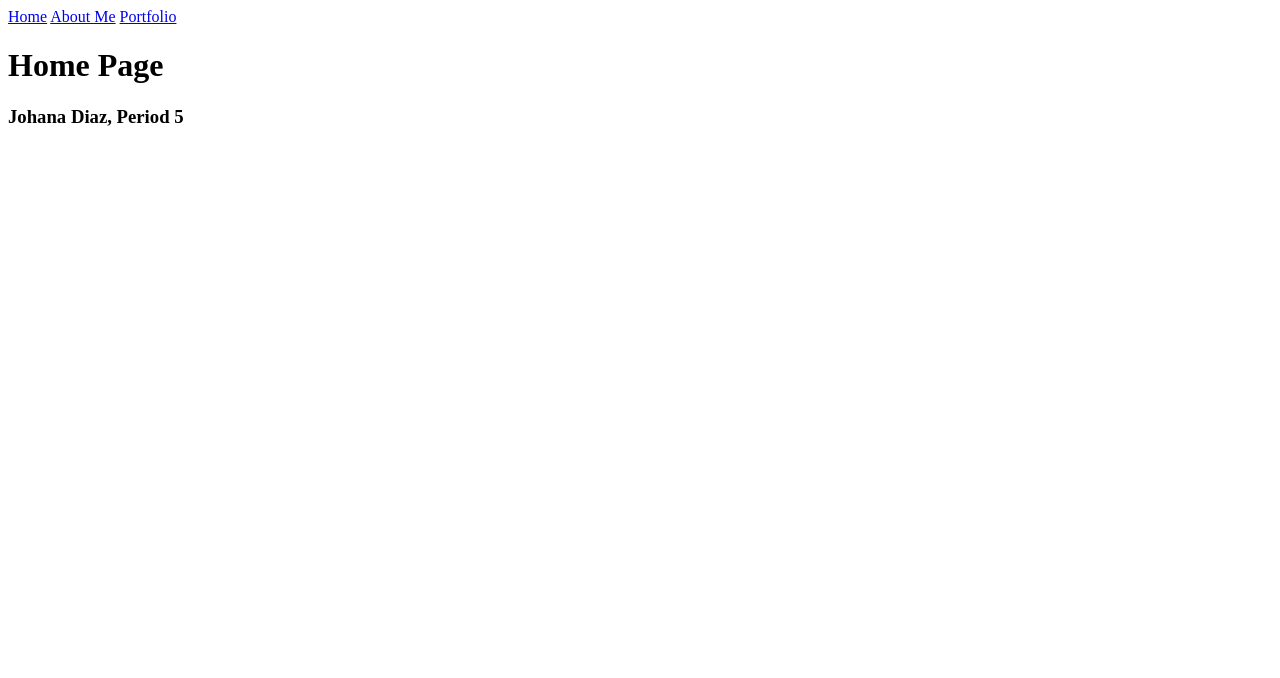
Repository: JDiaz463/JDiaz463.github.io
Page: my_website/index.html
The author's editor kept a record of every edit. The page is drawn from the files as they stood at one moment, then again after the next edit.
The browser window is 1280 px wide. The pictures show the whole page.

Above is the page before.

### my_website/index.html
<!doctype html>
<html lang="en">
<body>
    <meta charset="utf-8">
    <title>Home</title>
  </head>
  <body>
    <a href="index.html">Home</a>
    <a href="aboutme.html">About Me</a>
    <a href="portfolio.html">Portfolio</a>
    <h1>Home Page</h1>
    <h3>Johana Diaz, Period 5</h3>
</style>
  </body>
</html>

After the next edit:
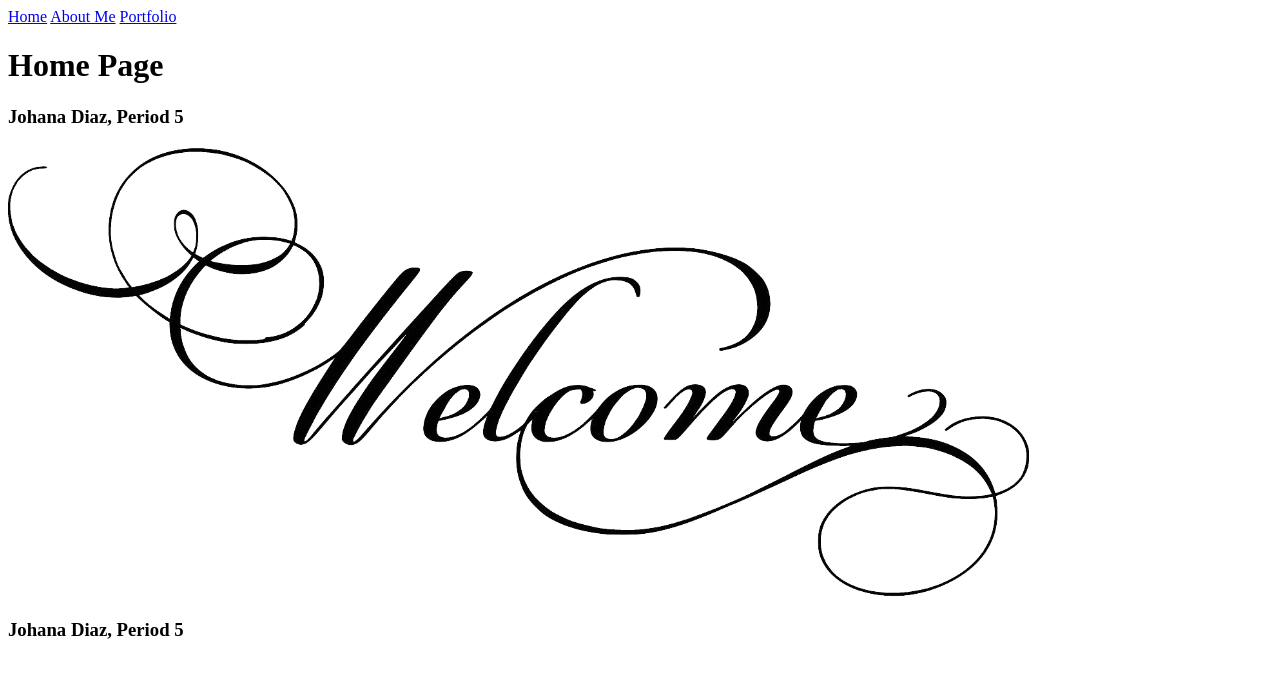
The edit:
--- a/my_website/index.html
+++ b/my_website/index.html
@@ -10,6 +10,8 @@
     <a href="portfolio.html">Portfolio</a>
     <h1>Home Page</h1>
     <h3>Johana Diaz, Period 5</h3>
+     <img src="images/welcome.png" height="450">
+     <h3>Johana Diaz, Period 5</h3>
 </style>
   </body>
 </html>
